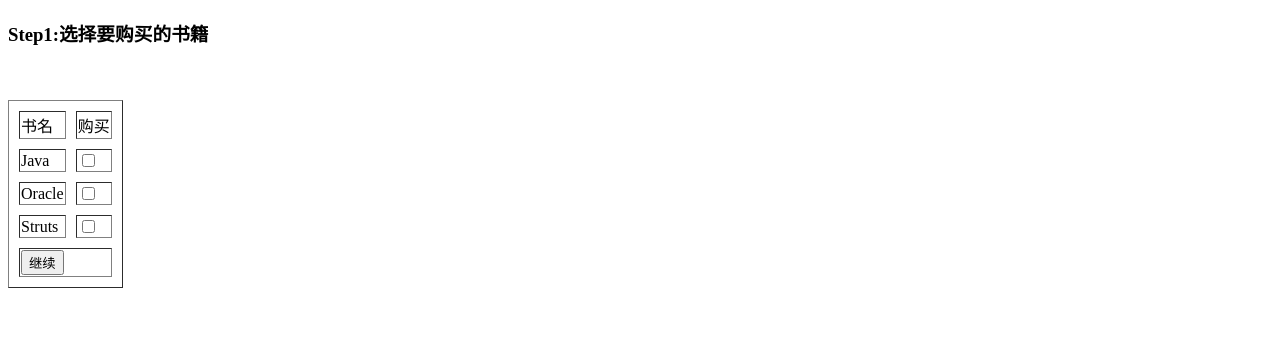
Repository: smilebingbing/java
Page: http://localhost/day_0103/shoppingcart/step-1.jsp
These files come from the project's save history. The page is drawn as it stood at one moment and after the next save; the edit follows.
The browser window is 1280 px wide. The pictures show the whole page.
The page is served by Tomcat 9.

Above is the page before, as saved 2017-01-04 06:57:54.

After the next save:
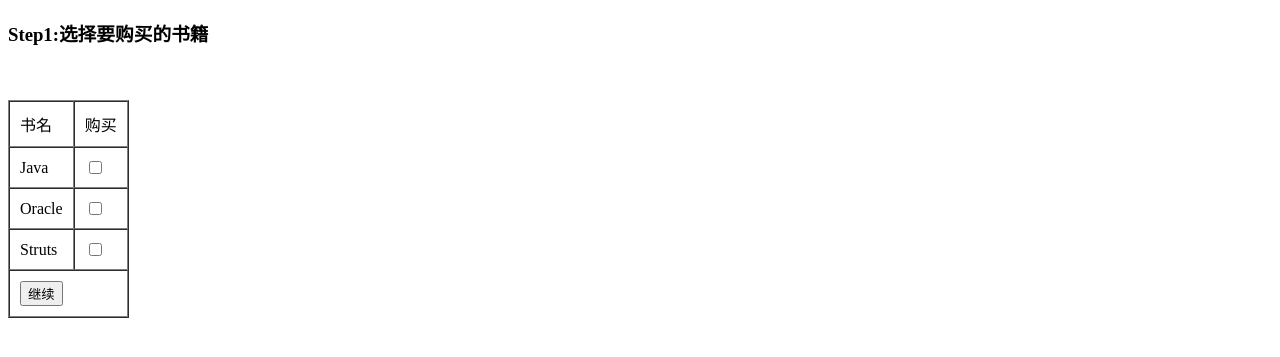
Saved 52 s later.
--- a/day_0103/WebContent/shoppingcart/step-1.jsp
+++ b/day_0103/WebContent/shoppingcart/step-1.jsp
@@ -11,7 +11,7 @@
 		<h3>Step1:选择要购买的书籍</h3>
 		<br><br>
 	<form action="processStep1" method="post">
-		<table border="1" cellspacing="10" >
+		<table border="1" cellpadding="10" cellspacing="0" >
 			<tr>
 				<td>书名</td>
 				<td>购买</td>
